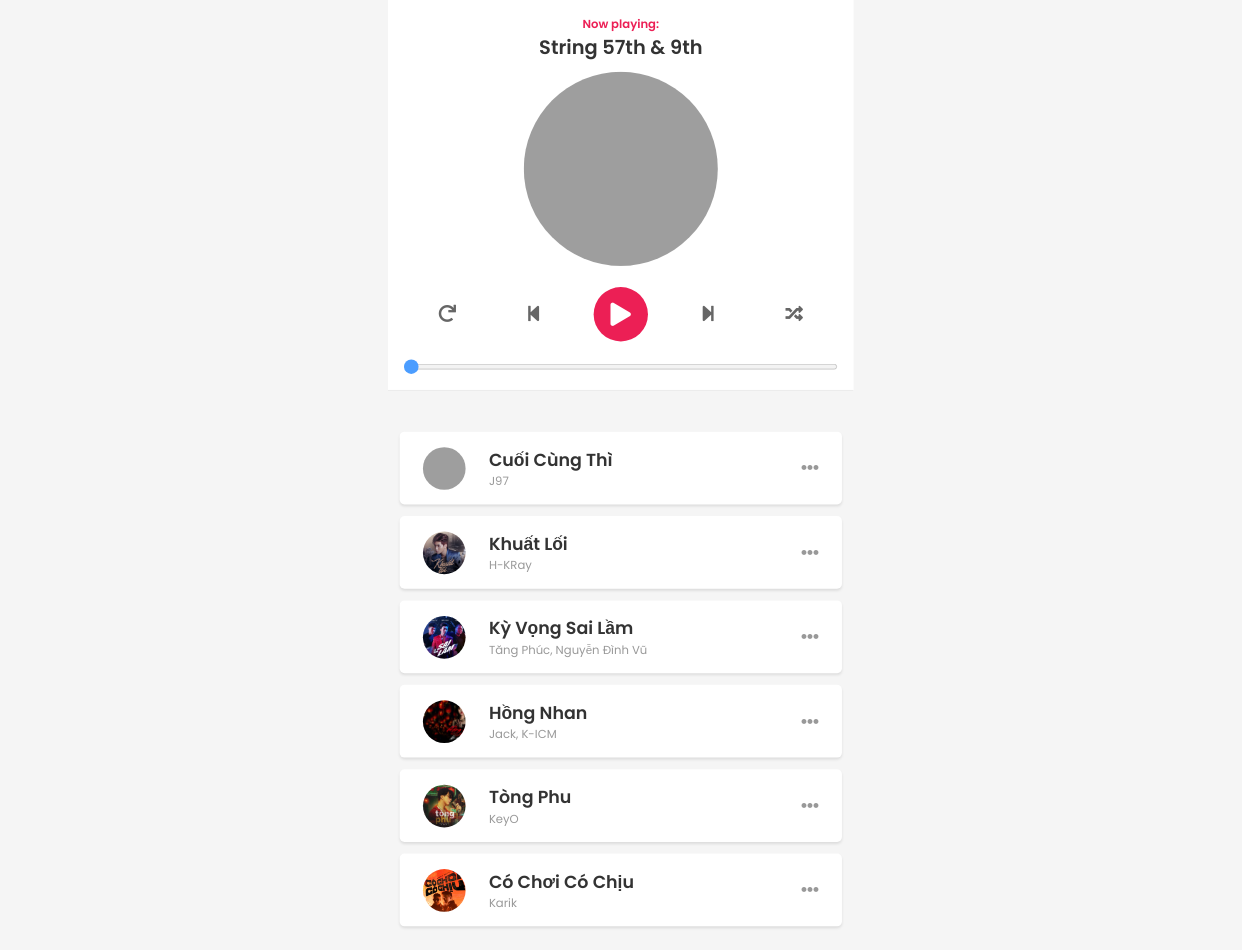
Repository: hoaphan14th/MusicPlayer
Page: index.html
These files come from the project's save history. The page is drawn as it stood at one moment and after the next save; the edit follows.
The browser window is 1280 px wide. The pictures show the whole page, at 97% of full size.
Pictures or frames that could not be fetched are drawn as grey boxes.

Above is the page before, as saved 2023-03-17 12:09:18.

After the next save:
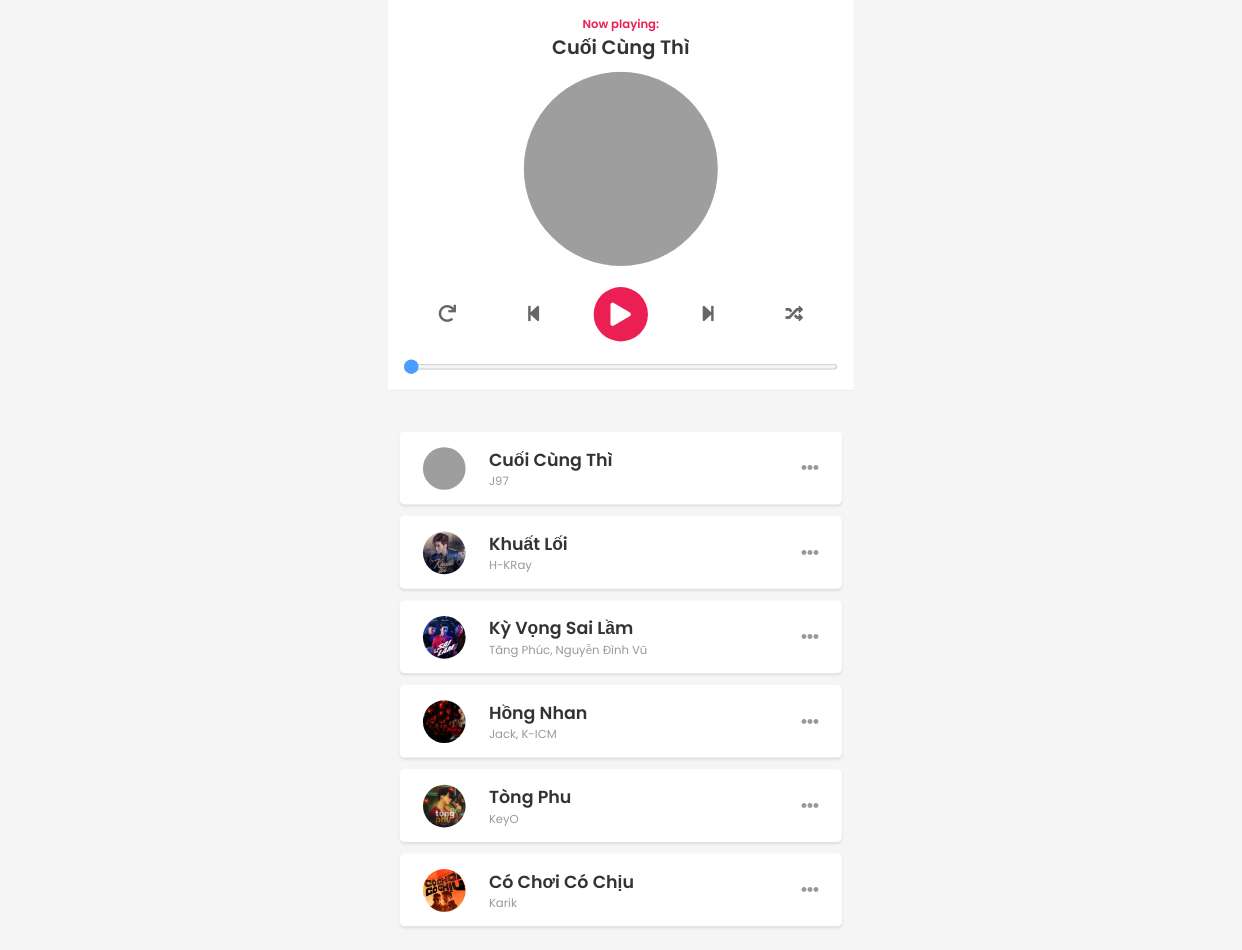
Saved 96 s later.
--- a/main.js
+++ b/main.js
@@ -88,6 +88,9 @@
         const heading = $('header h2');
         const cdThumb = $('.cd-thumb');
         const audio = $('#audio');
+
+        heading.textContent = this.currentSong.name;
+        cdThumb.style.backgroundImage = `url(${this.currentSong.image})`
     },
 
     start: function() {
